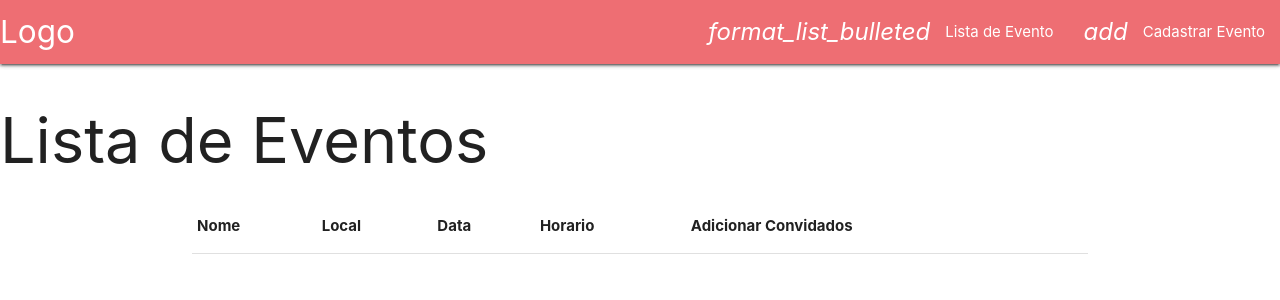
Repository: CaioCoutodePrograma/Eventosapp
Page: http://localhost/index
These files come from the project's save history. The page is drawn as it stood at one moment and after the next save; the edit follows.
The browser window is 1280 px wide. The pictures show the whole page.
The page is this project's Thymeleaf template; nobody is signed in. The template is opened directly, without the code that normally fills it, so the values that code supplies are empty.

Above is the page before, as saved 2020-03-02 23:12:23.

After the next save:
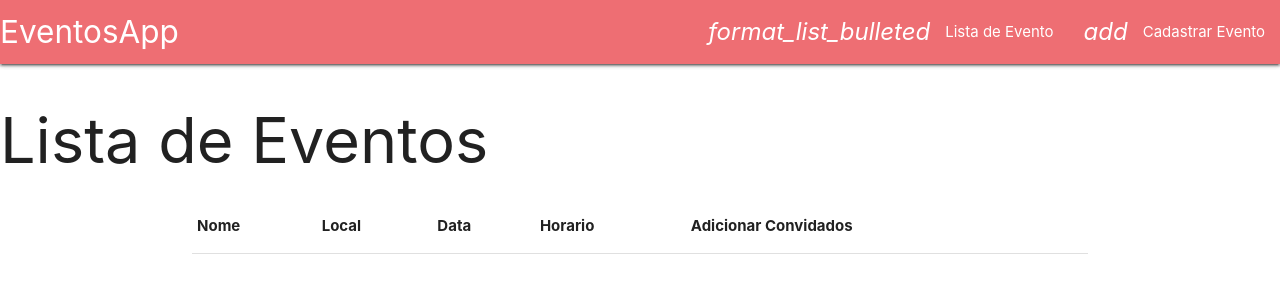
Saved 31 s later.
--- a/eventoapp/eventoapp/src/main/resources/templates/index.html
+++ b/eventoapp/eventoapp/src/main/resources/templates/index.html
@@ -19,7 +19,7 @@
 			<div class="navbar-fixed">
 				<nav>
 					<div class="nav-wrapper">
-						<a href="#!" class="brand-logo">Logo</a>
+						<a href="#!" class="brand-logo">EventosApp</a>
 						<ul class="right hide-on-med-and-down">
 							<li><a href="/eventos"><i class="material-icons left ">format_list_bulleted</i>Lista
 									de Evento</a></li>
